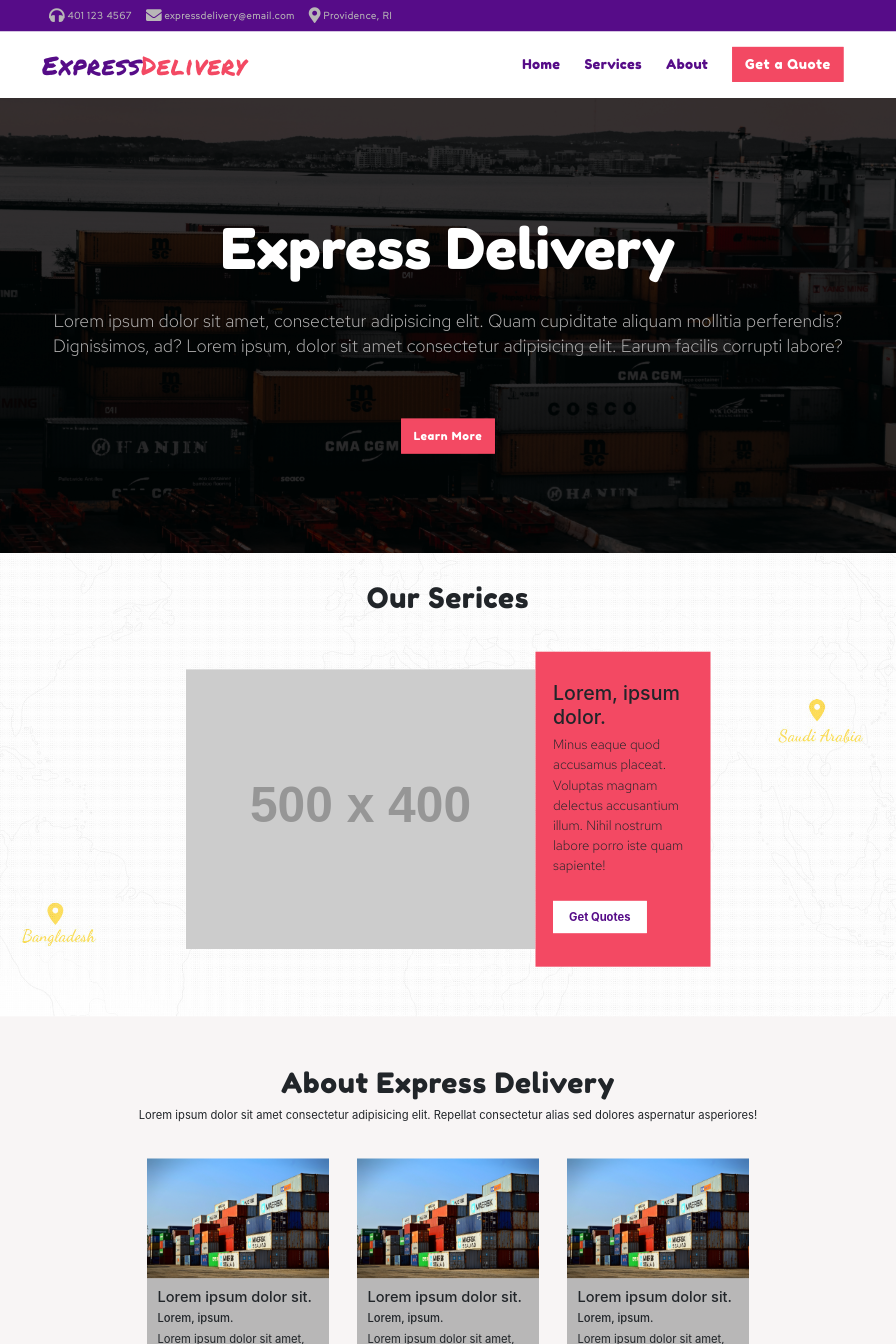
Repository: just-mann/express-delivery
Page: index.html
An editor plug-in stored every save of this project. The page is shown before and after the next save, followed by the edit.
The browser window is 1280 px wide. The pictures show the part of the page from y = 0 to 1920 px (the page is 5885 px tall), at 70% of full size.
Some web libraries are served in a nearby version. The style sheet was rebuilt from its Sass, Less or Tailwind sources for each picture, by a compiler version that may differ from the author's.

Above is the page before, as saved 2021-07-05 21:09:53.

After the next save:
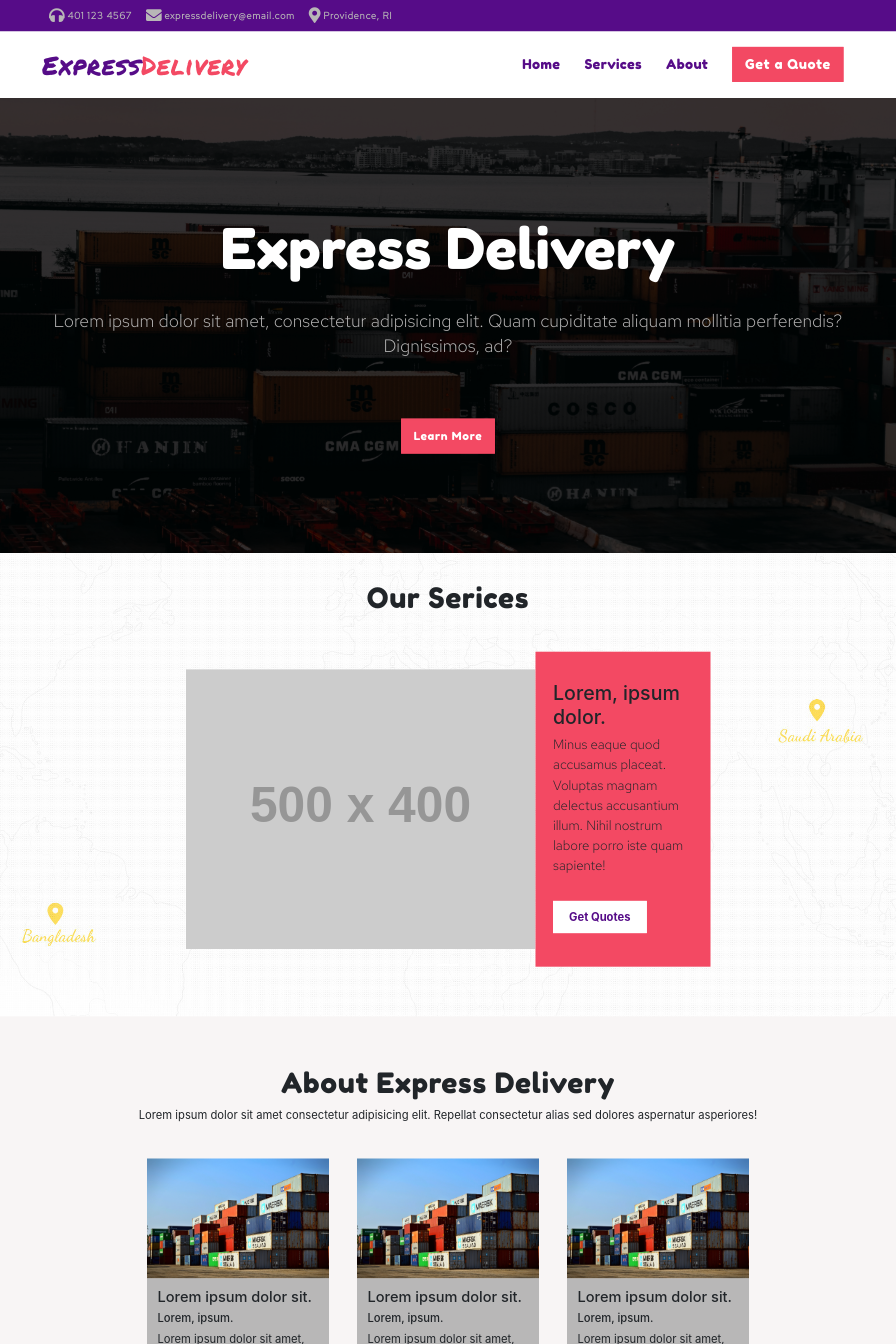
Saved 15 s later.
--- a/index.html
+++ b/index.html
@@ -48,8 +48,7 @@
                             Lorem ipsum dolor sit amet, consectetur
                             adipisicing elit. Quam cupiditate aliquam
                             mollitia perferendis? Dignissimos, ad?
-                            Lorem ipsum, dolor sit amet consectetur
-                            adipisicing elit. Earum facilis corrupti labore?
+
                         </p>
                         <!-- <p class="secondPara">Lorem ipsum dolor sit amet.</p> -->
                         <a href="#services">Learn More</a>
